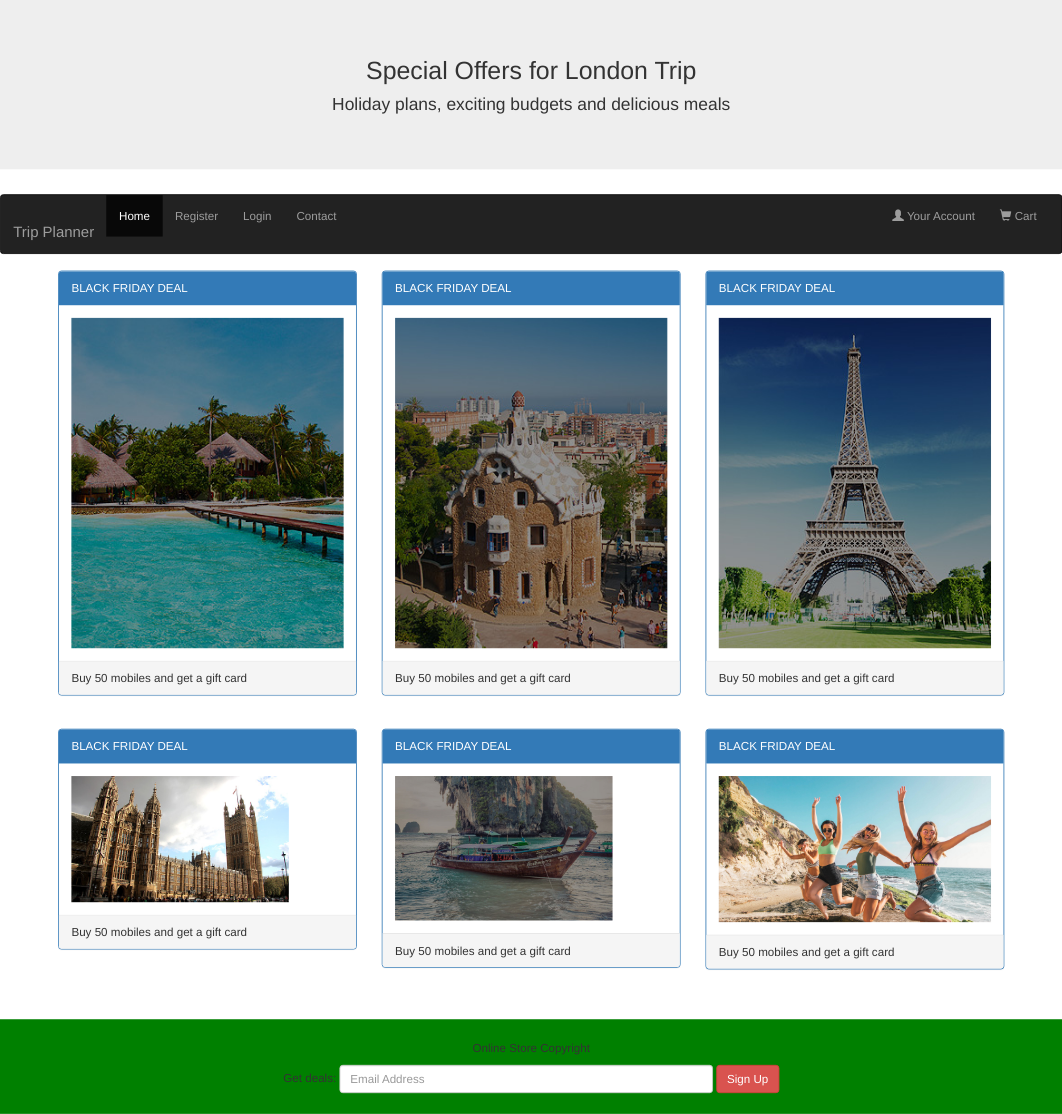
Repository: NanSin21/Mytourism-Website
Page: http://localhost/toursandtravelsmanagement/london.jsp
An editor plug-in stored every save of this project. The page is shown before and after the next save, followed by the edit.
The browser window is 1280 px wide. The pictures show the whole page, at 83% of full size.
The page is served by Tomcat 9. Other server files are loaded and not shown.

Above is the page before, as saved 2018-07-20 08:32:37.

### toursandtravelsmanagement/WebContent/london.jsp
<%@ page language="java" contentType="text/html; charset=ISO-8859-1"
    pageEncoding="ISO-8859-1"%>
<!DOCTYPE html PUBLIC "-//W3C//DTD HTML 4.01 Transitional//EN" "http://www.w3.org/TR/html4/loose.dtd">
<html>
<head>
<meta http-equiv="Content-Type" content="text/html; charset=ISO-8859-1">
<title>London Trip Package</title>
<!-- <meta charset="utf-8"> -->
  <meta name="viewport" content="width=device-width, initial-scale=1">
  <link rel="stylesheet" href="https://maxcdn.bootstrapcdn.com/bootstrap/3.3.7/css/bootstrap.min.css">
  <script src="https://ajax.googleapis.com/ajax/libs/jquery/3.3.1/jquery.min.js"></script>
  <script src="https://maxcdn.bootstrapcdn.com/bootstrap/3.3.7/js/bootstrap.min.js"></script>
  <style>
  .navbar{
  margin-nottom= 50px;
  border-radius= 0;
  }
  .jumbotron{
   margin-bottom= 0;
   }
   footer{
   background: green;
   padding: 25px;
   }
   </style>
</head>
<body>

<div class="jumbotron">
  <div class="container text-center">
   <h2>Special Offers for London Trip</h2>
     <p>Holiday plans, exciting budgets and delicious meals</p>
  </div>
</div>

<nav class="navbar navbar-inverse">
  <div class="container-fluid">
      <div class="navbar-header">
        <button type="button" class="navbar-toggle" data-toggle="collapse" data-target="#myNavbar">
        <span class="icon-bar"></span>
        <span class="icon-bar"></span>
        <span class="icon-bar"></span>
        </button>
        <h1><a class="navbar-brand" href="index.jsp">Trip Planner</a></h1>
      </div>
      <div class="collapse navbar-collapse" id="myNavbar">
      <ul class="nav navbar-nav">
        <li class="active"><a href="TripPlaces/london.jsp">Home</a></li>
        <li><a href="registration.jsp">Register</a></li>
        <li><a href="login.jsp">Login</a></li>
        <li><a href="contact.jsp">Contact</a></li>
      </ul>
      <ul class="nav navbar-nav navbar-right">
        <li><a href="#"><span class="glyphicon glyphicon-user"></span> Your Account</a></li>
        <li><a href="#"><span class="glyphicon glyphicon-shopping-cart"></span> Cart</a></li>
      </ul>
    </div>
  </div>
</nav>


   <div class="container">
  <div class="row">
    <div class="col-sm-4">
      <div class="panel panel-primary">
        <div class="panel-heading">BLACK FRIDAY DEAL</div>
        <div class="panel-body"><img src="images/ban_img2.jpg" class="img-responsive" style="width:100%" alt="Image"></div>
        <div class="panel-footer">Buy 50 mobiles and get a gift card</div>
      </div>
    </div>
    <div class="col-sm-4">
      <div class="panel panel-primary">
        <div class="panel-heading">BLACK FRIDAY DEAL</div>
        <div class="panel-body"><img src="images/ban_img1.jpg" class="img-responsive" style="width:100%" alt="Image"></div>
        <div class="panel-footer">Buy 50 mobiles and get a gift card</div>
      </div>
    </div>
    <div class="col-sm-4">
      <div class="panel panel-primary">
        <div class="panel-heading">BLACK FRIDAY DEAL</div>
        <div class="panel-body"><img src="images/ban_img3.jpg" class="img-responsive" style="width:100%" alt="Image"></div>
        <div class="panel-footer">Buy 50 mobiles and get a gift card</div>
      </div>
    </div>
  </div>
</div><br>

<div class="container">
  <div class="row">
    <div class="col-sm-4">
      <div class="panel panel-primary">
        <div class="panel-heading">BLACK FRIDAY DEAL</div>
        <div class="panel-body"><img src="images/londonhelp.jpg" class="img-responsive" style="width:80%" alt="Image"></div>
        <div class="panel-footer">Buy 50 mobiles and get a gift card</div>
      </div>
    </div>
    <div class="col-sm-4">
      <div class="panel panel-primary">
        <div class="panel-heading">BLACK FRIDAY DEAL</div>
        <div class="panel-body"><img src="images/2.jpg" class="img-responsive" style="width:80%" alt="Image"></div>
        <div class="panel-footer">Buy 50 mobiles and get a gift card</div>
      </div>
    </div>
    <div class="col-sm-4">
      <div class="panel panel-primary">
        <div class="panel-heading">BLACK FRIDAY DEAL</div>
        <div class="panel-body"><img src="images/1.jpg" class="img-responsive" style="width:100%" alt="Image"></div>
        <div class="panel-footer">Buy 50 mobiles and get a gift card</div>
      </div>
    </div>
  </div>
</div><br><br>

<footer class="container-fluid text-center">
  <p>Online Store Copyright</p>
  <form class="form-inline">Get deals:
    <input type="email" class="form-control" size="50" placeholder="Email Address">
    <button type="button" class="btn btn-danger">Sign Up</button>
  </form>
</footer>
</body>
</html>

After the next save:
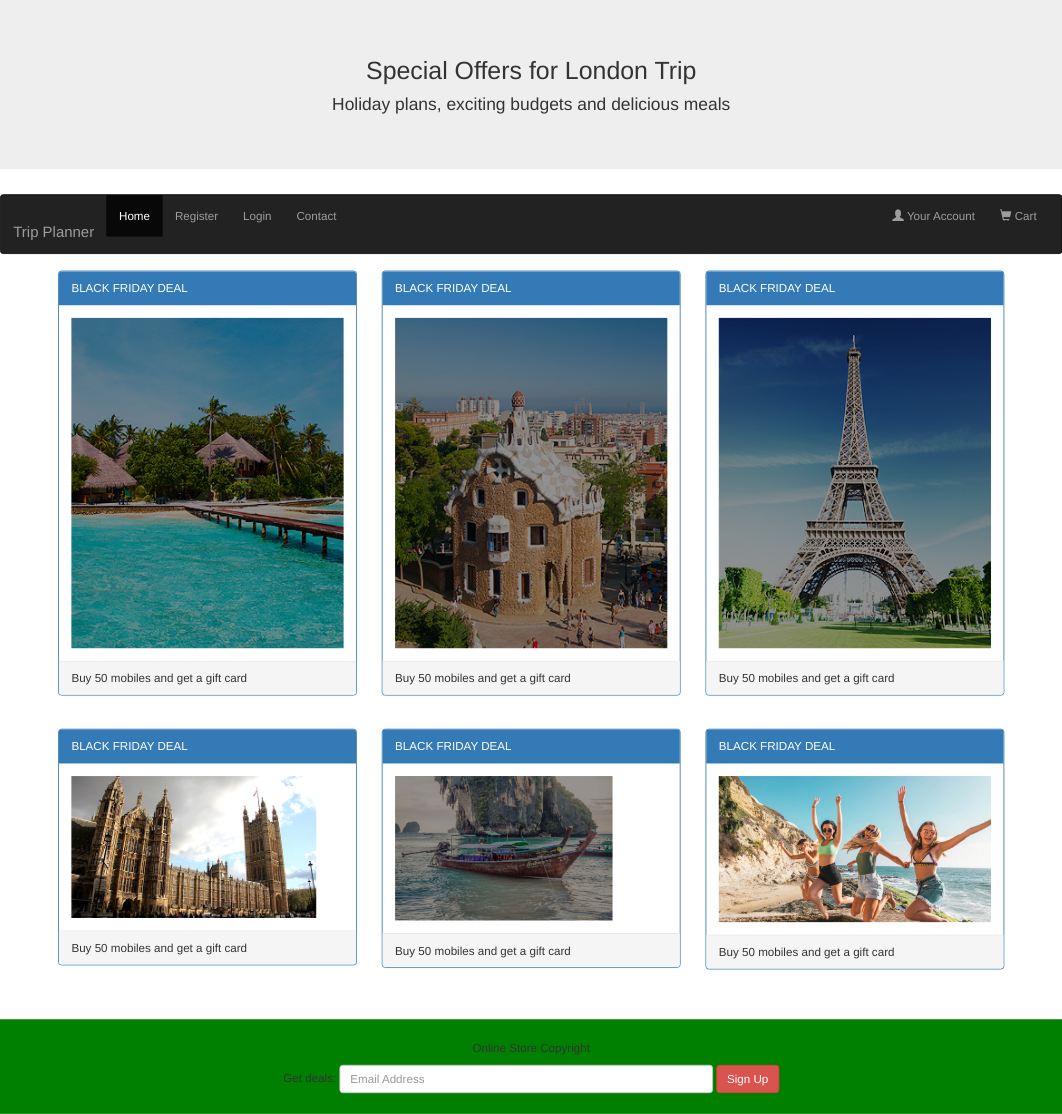
Saved 15 s later.
--- a/toursandtravelsmanagement/WebContent/london.jsp
+++ b/toursandtravelsmanagement/WebContent/london.jsp
@@ -90,7 +90,7 @@
     <div class="col-sm-4">
       <div class="panel panel-primary">
         <div class="panel-heading">BLACK FRIDAY DEAL</div>
-        <div class="panel-body"><img src="images/londonhelp.jpg" class="img-responsive" style="width:80%" alt="Image"></div>
+        <div class="panel-body"><img src="images/londonhelp.jpg" class="img-responsive" style="width:90%" alt="Image"></div>
         <div class="panel-footer">Buy 50 mobiles and get a gift card</div>
       </div>
     </div>
